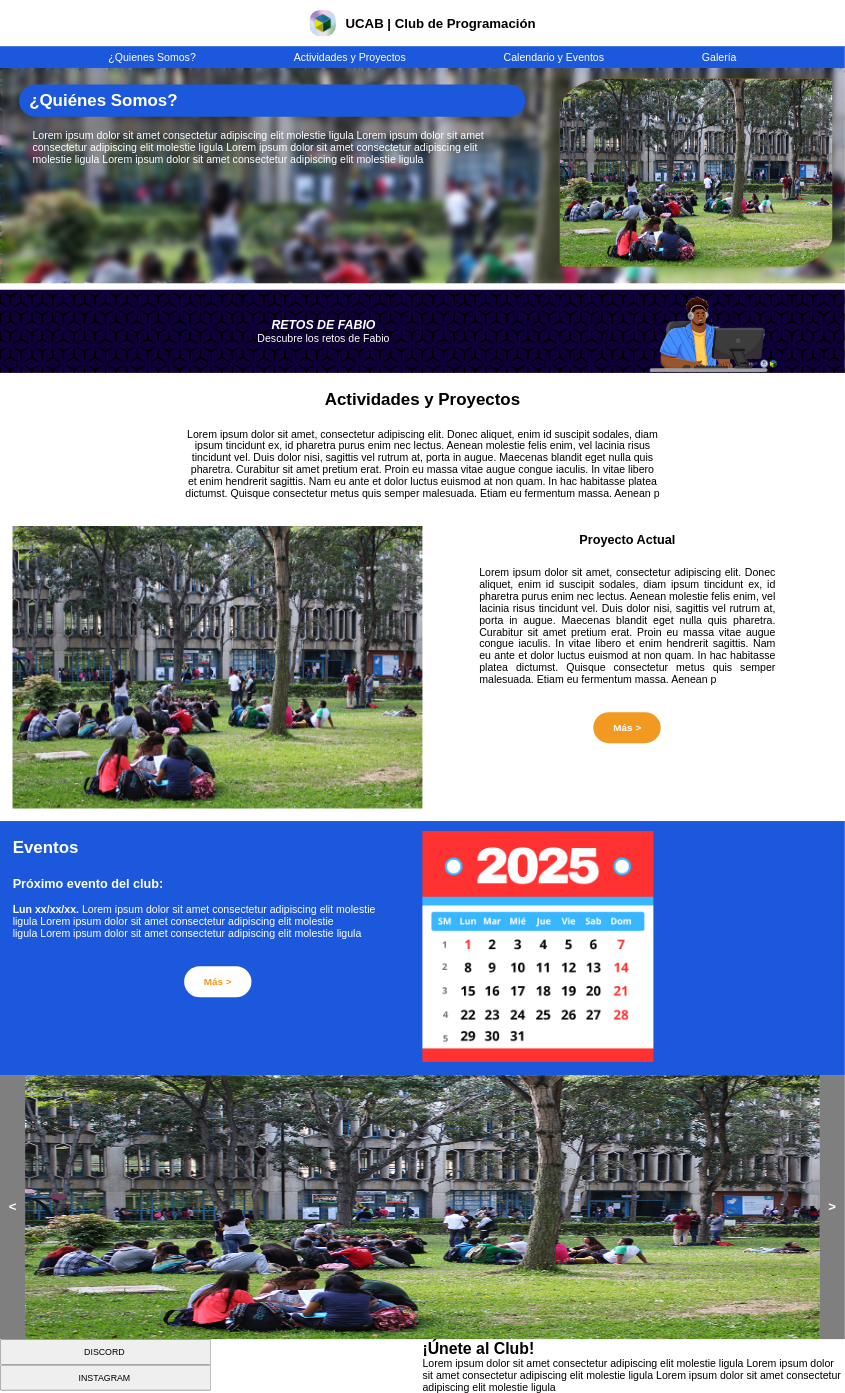
Repository: LuisR404/LandingPage
Page: Pages/QuienesSomos.html
An editor plug-in stored every save of this project. The page is shown before and after the next save, followed by the edit.
The browser window is 1280 px wide. The pictures show the whole page, at 66% of full size.

Above is the page before, as saved 2025-11-10 14:44:23.

After the next save:
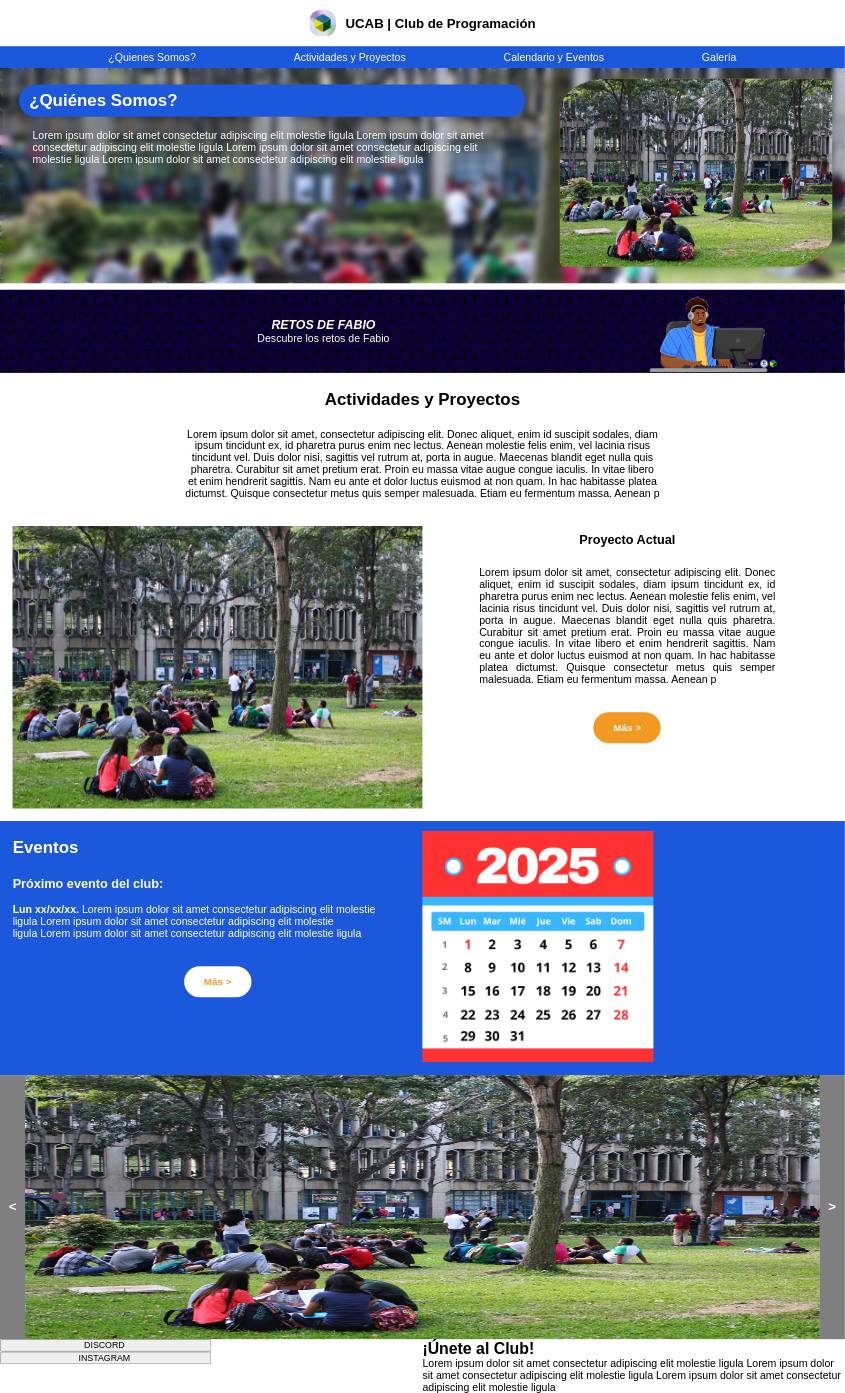
Saved 19 s later.
--- a/Styles/QuienesSomos.css
+++ b/Styles/QuienesSomos.css
@@ -377,5 +377,5 @@
 .redes button {
     width: 50%;
 
-    padding: 10px 15px;
-}
+    padding: 0px 15px;
+}
